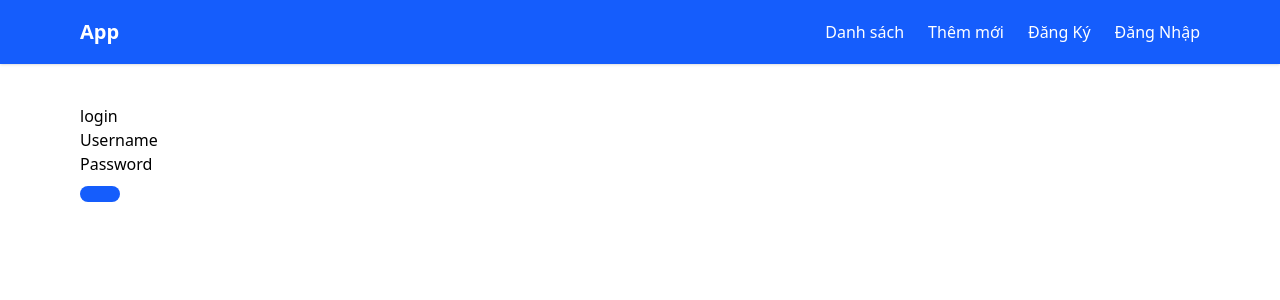
Repository: DODUCHUY195/Lap_Trinh_TypeScript
Page: /login
These files come from the project's save history. The page is drawn as it stood at one moment and after the next save; the edit follows.
The browser window is 1280 px wide. The pictures show the whole page.
The project was rebuilt for these pictures with package versions that can differ from the ones it lists, and the page was loaded fresh each time. Also part of the build but not shown: vite.config.ts, src/pages/List.tsx, src/pages/Add.tsx, src/pages/Edit.tsx.

Above is the page before, as saved 2026-01-26 19:16:29.

### src/App.tsx
import { Toaster } from "react-hot-toast";
import { Link, Routes, Route } from "react-router-dom";

import List from "./pages/List";
import Add from "./pages/Add";
import Edit from "./pages/Edit";
import AuthPage from "./pages/AuthPage";


function App() {


  return (
    <>
      {/* NAVBAR */}

      <nav className="bg-blue-600 text-white shadow">
        <div className="max-w-6xl mx-auto px-4 h-16 flex items-center justify-between">
          <Link to="/" className="text-xl font-semibold">
            <strong>App</strong>
          </Link>

          <div className="flex items-center space-x-6">
            <Link to="/" className="hover:text-gray-200">
              Danh sách
            </Link>
            <Link to="/add" className="hover:text-gray-200">
              Thêm mới
            </Link>
             <Link to="/register" className="hover:text-gray-200">
              Đăng Ký
            </Link>
            <Link to="/login" className="hover:text-gray-200">
              Đăng Nhập
            </Link>
          </div>
        </div>
      </nav>

      <div className="max-w-6xl mx-auto mt-10 px-4">
        <Routes>
          <Route path="/" element={<List />} />
          <Route path="/add" element={<Add />} />
          <Route path="/edit/:id" element={<Edit />} />
          <Route path="/register" element={<AuthPage isRegister={true} />} />
          <Route path="/login" element={<AuthPage isRegister={false} />} />

        </Routes>
      </div>

      <Toaster />
    </>
  );
}

export default App;

### src/pages/AuthPage.tsx
import { useForm } from "react-hook-form";
import { toast } from "react-hot-toast";

type BooleanProps = {
    isRegister: boolean;
};

function AuthPage({ isRegister }: BooleanProps) {
      const {
        register,
        handleSubmit,
      } = useForm({
        mode: "onBlur",
      });

      const onSubmit = async (values: any) => {
    try {
      const res = await fetch("/api/subjects", {
        method: "POST",
        headers: { "Content-Type": "application/json" },
        body: JSON.stringify(values),
      });
      if (!res.ok) return;
      await res.json();
      toast.success("Thêm thành công");

    } catch {
      toast.error("Thêm thất bại");
    }
  };

  return <div>

    {isRegister ? "register" : "login"}
    <form onSubmit={handleSubmit(onSubmit)}>
        <div>
            <label htmlFor="username">Username</label>
            <input {...register("username")} type="text" id="username" name="username" />

        </div>

        <div>
            <label htmlFor="password">Password</label>
            <input type="password" id="password" name="password" />
        </div>

        <button
          type="submit"
          className="px-5 py-2 bg-blue-600 text-white rounded-lg hover:bg-blue-700 transition disabled:opacity-50"
        >

        </button>
    </form>
  </div>;
}

export default AuthPage;

Loaded but not shown: index.html (common file); src/main.tsx (common file); src/index.css (common file)

After the next save:
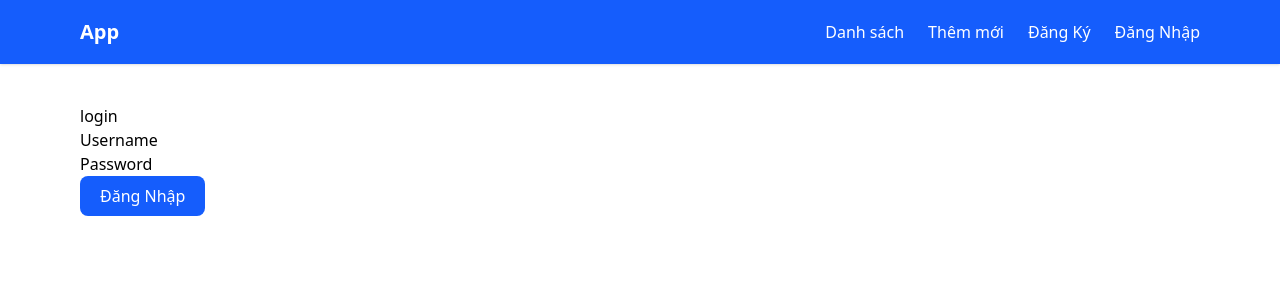
Saved 45 s later.
--- a/src/pages/AuthPage.tsx
+++ b/src/pages/AuthPage.tsx
@@ -48,7 +48,7 @@ function AuthPage({ isRegister }: BooleanProps) {
           type="submit"
           className="px-5 py-2 bg-blue-600 text-white rounded-lg hover:bg-blue-700 transition disabled:opacity-50"
         >
-
+            {isRegister ? "Đăng Ký" : "Đăng Nhập"}
         </button>
     </form>
   </div>;
